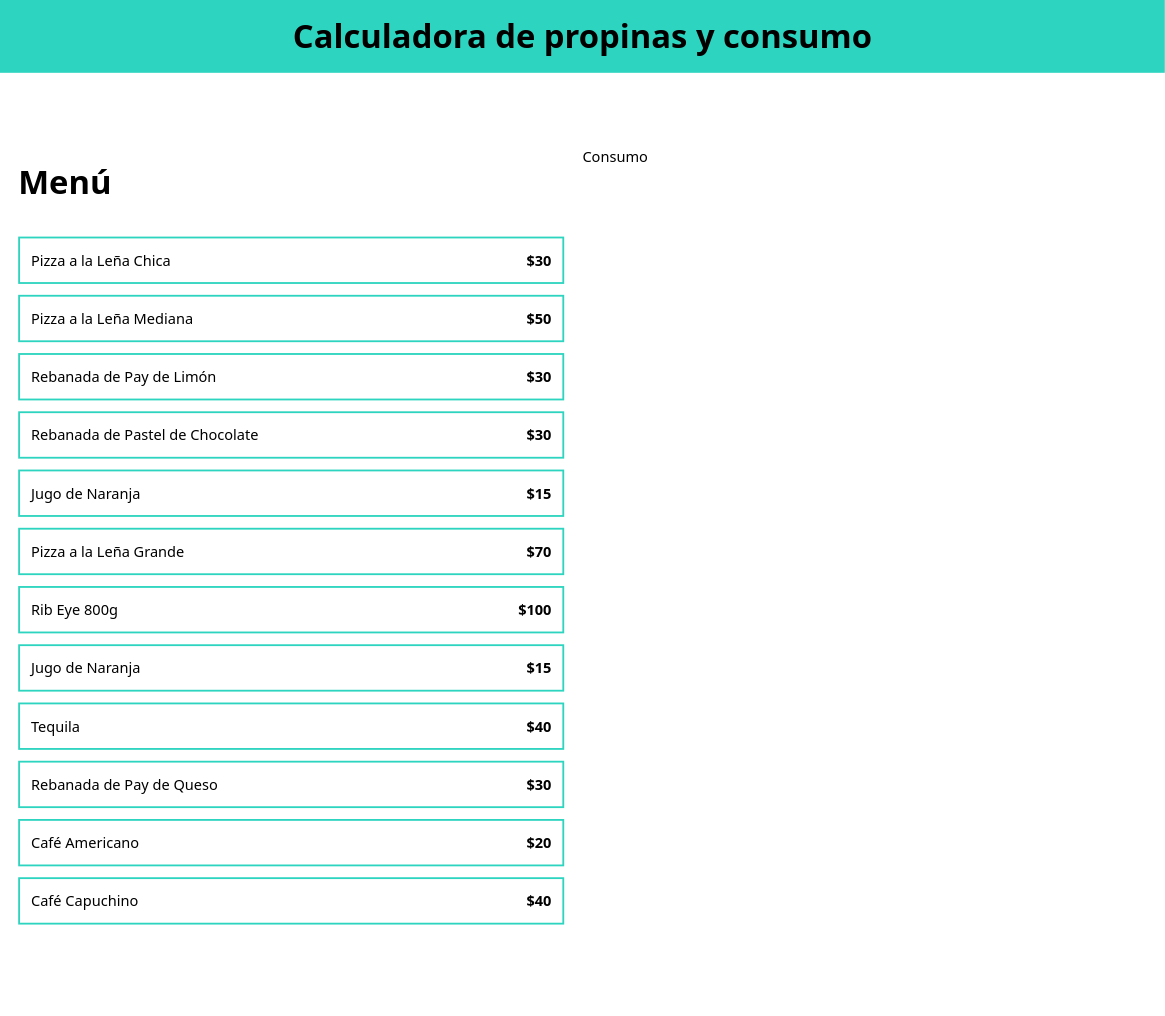
Repository: Samuel-Leal96/calculador_propinas
Page: /
The author's editor kept a copy of each file at every save. The page is drawn from the files as they stood at one save, then again after the next save.
The browser window is 1280 px wide. The pictures show the whole page, at 91% of full size.
The project was rebuilt for these pictures with package versions that can differ from the ones it lists, and the page was loaded fresh each time. Also part of the build but not shown: vite.config.ts.

Above is the page before, as saved 2025-10-20 18:09:04.

After the next save:
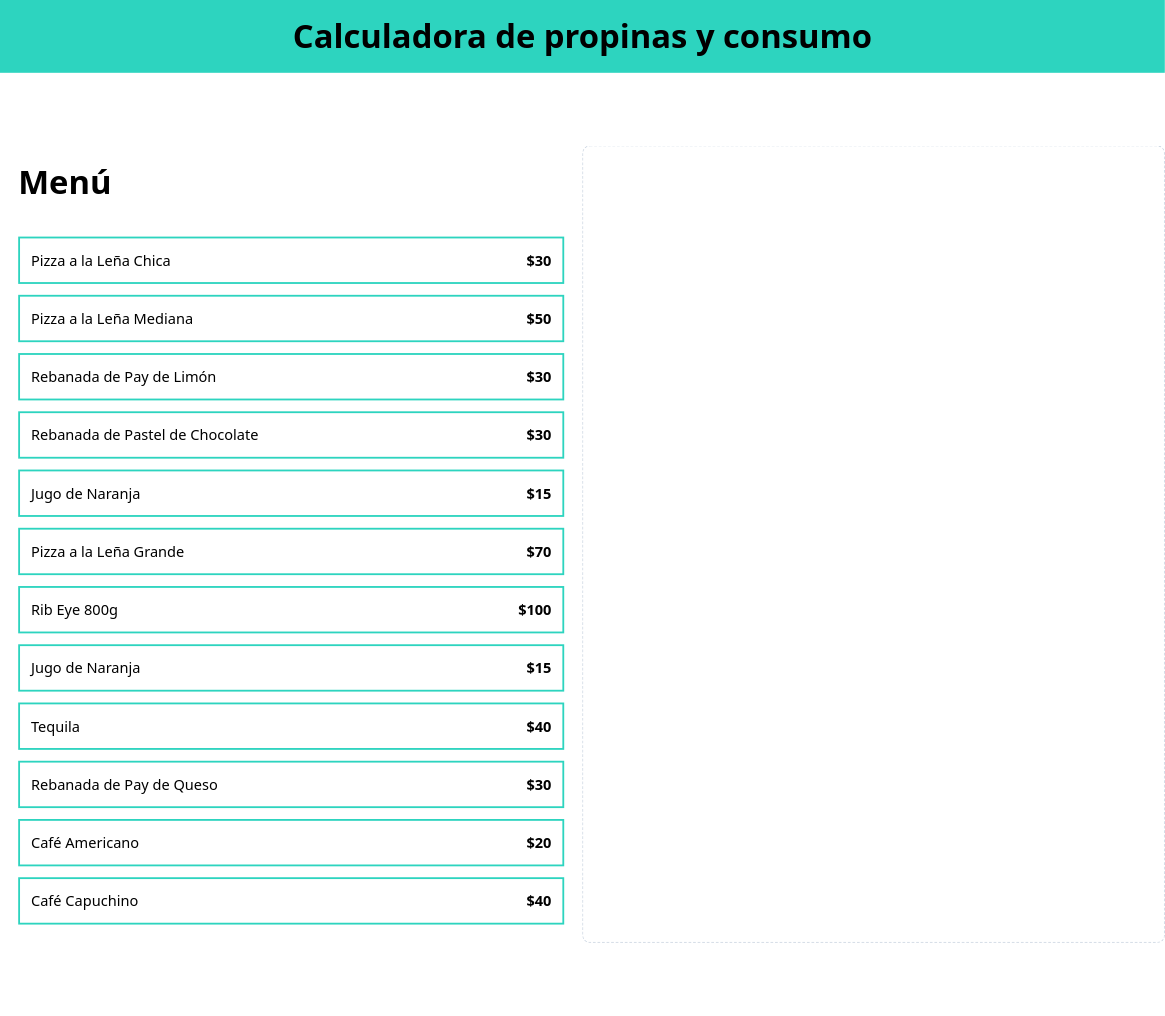
Saved 8 s later.
--- a/src/App.tsx
+++ b/src/App.tsx
@@ -28,8 +28,7 @@ function App() {
 
         </div>
 
-        <div>
-          <h2>Consumo</h2>
+        <div className="border border-dashed border-slate-300 p-5 rounded-lg space-y-10">
 
         </div>
 
